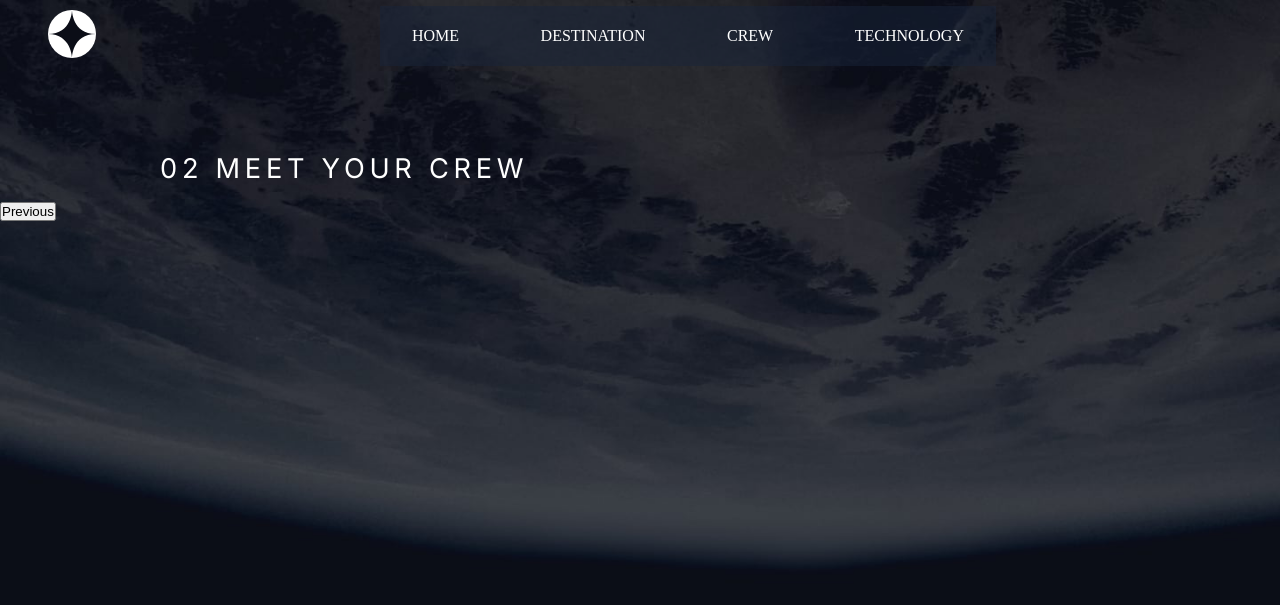
Repository: nilesjamex/space
Page: /Crew
The author's editor kept a copy of each file at every save. The page is drawn from the files as they stood at one save, then again after the next save.
The browser window is 1280 px wide. The pictures show the whole page.
Some web fonts or font styles are not loaded; a fallback is used. The project was rebuilt for these pictures with package versions that can differ from the ones it lists, and the page was loaded fresh each time. The framework's server and built-in components were replaced by stand-ins that run in the browser. Also part of the build but not shown: next.config.js.

Above is the page before, as saved 2022-01-08 05:13:21.

### pages/_document.js
import Document, { Html, Head, Main, NextScript } from 'next/document'

class MyDocument extends Document {
  render() {
    return (
      <Html>
        <Head>
          <link rel="preconnect" href="https://fonts.googleapis.com" />
<link rel="preconnect" href="https://fonts.gstatic.com" crossOrigin />
<link href="https://fonts.googleapis.com/css2?family=Bellefair&display=swap" rel="stylesheet" />
        <link rel="preconnect" href="https://fonts.googleapis.com" />
<link rel="preconnect" href="https://fonts.gstatic.com" crossOrigin />
<link href="https://fonts.googleapis.com/css2?family=Barlow+Condensed:ital,wght@0,100;0,300;0,400;1,100&family=Inter&display=swap" rel="stylesheet" />
        </Head>
        <body>
          <Main />
          <NextScript />
        </body>
      </Html>
    )
  }
}

export default MyDocument

### pages/Crew.js
import React from 'react'
import Creww from '../Components/Crew/Crew';

const Crew = () => {
    return (
        <div>
           <Creww />
        </div>
    )
}

export default Crew

### styles/globals.css
a {
  color: inherit;
  text-decoration: none;
}

*{
  margin: 0;
  padding: 0;
  box-sizing: border-box;
  max-width: 100%;
  max-height: 100vh;
  overflow-y: hidden;
}

li {
  list-style: none;
  cursor: pointer;
}

### Components/Crew/Crew.js
import React from 'react';
import styles from './crew.module.css'
import Nav from '../../Layout/Nav';
import Image from 'next/image';
import Members from './Members/Members';

const Crew = () => {

  return (
    <div className={styles.home}>
     <div>
         <Nav/>
        </div>
        <div>
        <div>
           <h3 className={styles.hometext}> 02 Meet your crew</h3>
        </div>
        </div>
        <div>

        <Members />
        </div>
    </div>
  )
}

export default Crew

### Components/Crew/crew.module.css
.home {
    background: url(../../public/assets/crew/background-crew-desktop.jpg);
    background-size: cover;
    height: 100vh;
}
.hometext {
    font-family: 'Barlow Condensed', sans-serif;
    font-family: 'Inter', sans-serif;
    font-style: normal;
    font-weight: normal;
    font-size: 1.7rem;
    line-height: 34px;letter-spacing: 4.725px;
    text-transform: uppercase;
    color: #FFFFFF;
    margin: 5rem 0 1rem 10rem;
}

### Layout/Nav.js
import React, {useState} from 'react';
import styles from './nav.module.css';
import Link from 'next/link';

const Nav = ({children}) => {
  const [active, setActive] = useState(false);

  const onClick = (e) => {
    setActive(!active);
  };
    return (
       <div className={styles.navBody}>
        <nav className={styles.nav}>
         <div>
            <svg width="48" height="48" viewBox="0 0 48 48" fill="none" xmlns="http://www.w3.org/2000/svg">
<circle cx="24" cy="24" r="24" fill="white"/>
<path fillRule="evenodd" clipRule="evenodd" d="M24 0C24 0 24 24 0 24C23.5776 24.1714 24 48 24 48C24 48 24 24 48 24C24 24 24 0 24 0Z" fill="#0B0D17" />
</svg>
  </div>

<ul className={`${styles.ul} ${active ? "activenav" : "ul"}` } >
<li className={styles.li}><Link href="/"> HOME </Link></li>
<li className={styles.li}><Link href="/Destinations">DESTINATION </Link></li>
<li className={styles.li}><Link href="/Crew">CREW</Link></li>
<li className={styles.li}><Link href="/Technology">TECHNOLOGY</Link></li>
</ul>
<div
          className={`toggle ${active ? `toggleanime` : ""}`}
          onClick={onClick}
        >
          <div className="toggle-line line1"></div>
          <div className="toggle-line line2"></div>
          <div className="toggle-line line3"></div>
        </div>
        </nav>
      <div className={styles.mainBody}> {children} </div>
</div>
    )
}

export default Nav

### Components/Crew/Members/Members.js
import React, {Component} from 'react';
import Slider from "react-slick";
import Image from 'next/image';
import styles from './Members.module.css'
import Doug from '../../../public/assets/crew/image-douglas-hurley.png'
export default class Members extends Component {
  render() {
    const settings = {
      dots: true,
      infinite: true,
      speed: 500,
      slidesToShow: 1,
      slidesToScroll: 1
    };

    return (
        <div>
          <Slider {...settings}>
          <div className={styles.crewSplit}>
        <div className={styles.crewText}>
        <p className={styles.crewtexthead}>Commander</p>
        <h2 className={styles.crewtextsub}>Douglas Hurley</h2>
        <p className={styles.crewtextbody}> Douglas Gerald Hurley is an American engineer, former Marine Corps pilot
  and former NASA astronaut. He launched into space for the third time as
  commander of Crew Dragon Demo-2.</p>

        </div>
        <div className={styles.crewImage}>
        <Image className={styles.crewImages} src={Doug} alt="crew" height="590px" width="568px" />
        </div>
        </div>

        <div className={styles.crewSplit}>
        <div className={styles.crewText}>
        <p className={styles.crewtexthead}>Commander</p>
        <h2 className={styles.crewtextsub}>Douglas James</h2>
        <p className={styles.crewtextbody}> Douglas Gerald Hurley is an American engineer, former Marine Corps pilot
  and former NASA astronaut. He launched into space for the third time as
  commander of Crew Dragon Demo-2.</p>

        </div>
        <div className={styles.crewImage}>
        <Image className={styles.crewImages} src={Doug} alt="crew" height="590px" width="568px" />
        </div>
        </div>

        <div className={styles.crewSplit}>
        <div className={styles.crewText}>
        <p className={styles.crewtexthead}>Commander</p>
        <h2 className={styles.crewtextsub}>Douglas Hurley</h2>
        <p className={styles.crewtextbody}> Douglas Gerald Hurley is an American engineer, former Marine Corps pilot
  and former NASA astronaut. He launched into space for the third time as
  commander of Crew Dragon Demo-2.</p>

        </div>
        <div className={styles.crewImage}>
        <Image className={styles.crewImages} src={Doug} alt="crew" height="590px" width="568px" />
        </div>
        </div>

        <div className={styles.crewSplit}>
        <div className={styles.crewText}>
        <p className={styles.crewtexthead}>Commander</p>
        <h2 className={styles.crewtextsub}>Douglas Hurley</h2>
        <p className={styles.crewtextbody}> Douglas Gerald Hurley is an American engineer, former Marine Corps pilot
  and former NASA astronaut. He launched into space for the third time as
  commander of Crew Dragon Demo-2.</p>

        </div>
        <div className={styles.crewImage}>
        <Image className={styles.crewImages} src={Doug} alt="crew" height="590px" width="568px" />
        </div>
        </div>
        </Slider>
        </div>
    )
}
}

### Layout/nav.module.css
.nav {
    display: flex;
    justify-content: space-between;
    align-items: center;
    padding-left: 3rem;
    width: 100%;
    height: 10vh;
    }

.ul {
    display: flex;
    width: 50%;
    justify-content: space-between;
    align-items: center;
    color: #fff;
    background-color: rgba(24, 36, 59, 0.5);
    height: 60px;
    padding: 0 2rem;

}

.navBody {
    height: 100%;
}
.toggle {
    display: none;
  }

  @media screen and (max-width: 768px) {
    .toggle {
        display: block;
        cursor: pointer;
        order: 2;
        z-index: 10;
        margin-right: 1rem;
      }
      .toggle-line {
        width: 30px;
        height: 3px;
        background-color: #fff;
        margin: 5px;
      }
      .ul {
        order: 3;
        width: 100%;
        display: inline-block;
        position: fixed;
        z-index: 4;
        right: 0;
        left: 0;
        bottom: 0;
        top: 0;
        display: flex;
        justify-content: center;
        align-items: center;
        flex-direction: column;
        overflow-x: hidden;
        background: rgba(242, 245, 250);
        transform: translateY(100vh);
        transition: all ease-out 0.2s;
      }
      .li {
        margin: 0 0 2rem;
        opacity: 0;
        transform: translateY(10vh);
      }
      .activenav {
        transform: translateX(0);
      }
      .li {
        margin: 0 0 2rem;
        opacity: 1;
        transform: translateX(0);
        transition: all ease-out 0.8s;
      }
      .toggleanime .line1 {
        transform: rotate(-45deg) translate(-5px, 6px);
      }

      .toggleanime .line2 {
        opacity: 0;
      }

      .toggleanime .line3 {
        transform: rotate(45deg) translate(-5px, -6px);
      }

      .ul.activenav {
        transform: translateX(0);
      }
      .li {
        margin: 0 0 2rem;
        opacity: 1;
        transform: translateX(0);
        transition: all ease-out 0.8s;
      }
  }

### Components/Crew/Members/Members.module.css
.crewSplit {
    display: flex;
    justify-content: space-around;
    margin: 2rem 2rem 0 4rem;
}
.crewText {
    width: 50%;
    align-self: center;
}
.crewtexthead {
    font-family: Bellefair;
    font-style: normal;
    font-weight: normal;
    font-size: 32px;
    line-height: 37px;
    /* identical to box height */
    text-transform: uppercase;
    color: #FFFFFF;
    mix-blend-mode: normal;
    opacity: 0.5;
}
.crewtextsub {
    font-family: Bellefair;
    font-style: normal;
    font-weight: normal;
    font-size: 56px;
    line-height: 64px;
    text-transform: uppercase;
    color: #FFFFFF;
}
.crewtextbody {
    font-family: Barlow;
    font-style: normal;
    font-weight: normal;
    font-size: 18px;
    line-height: 32px;
    /* or 178% */
    color: #D0D6F9;

}
.crewImages {
    z-index: 4;
    padding-bottom: 0rem;
}

Loaded but not shown: pages/_app.js (common file)

After the next save:
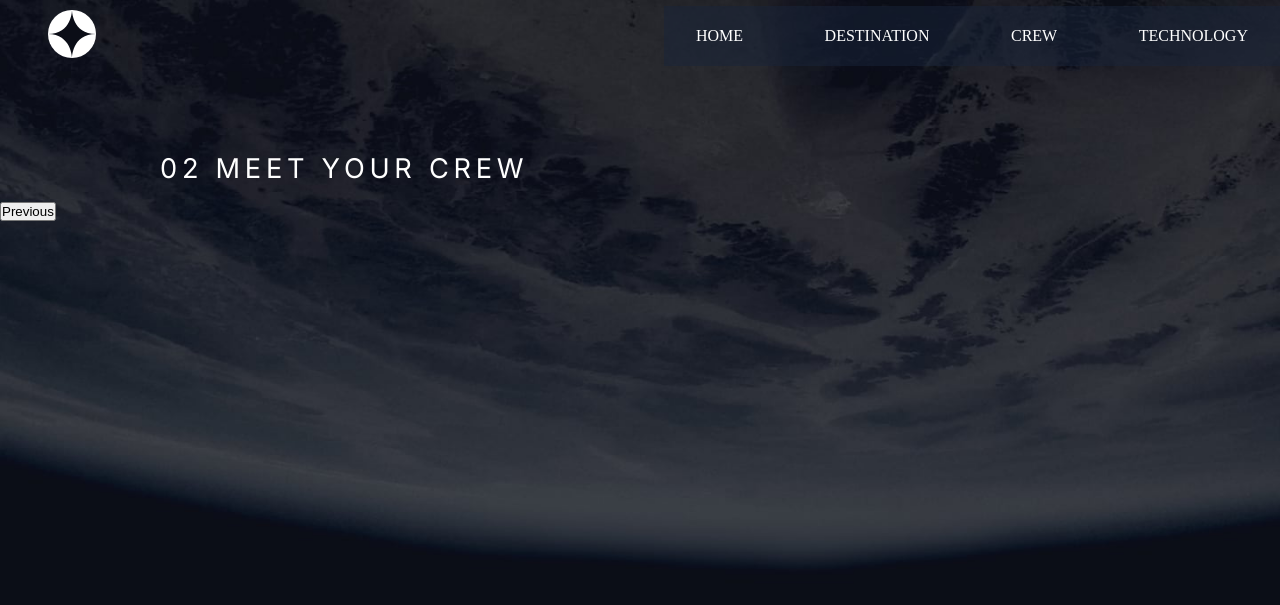
Saved 79 s later.
--- a/Layout/Nav.js
+++ b/Layout/Nav.js
@@ -24,8 +24,7 @@ const Nav = ({children}) => {
 <li className={styles.li}><Link href="/Crew">CREW</Link></li>
 <li className={styles.li}><Link href="/Technology">TECHNOLOGY</Link></li>
 </ul>
-<div
-          className={`toggle ${active ? `toggleanime` : ""}`}
+<div className={`${styles.toggle} ${active ? `toggleanime` : ""}`}
           onClick={onClick}
         >
           <div className="toggle-line line1"></div>
